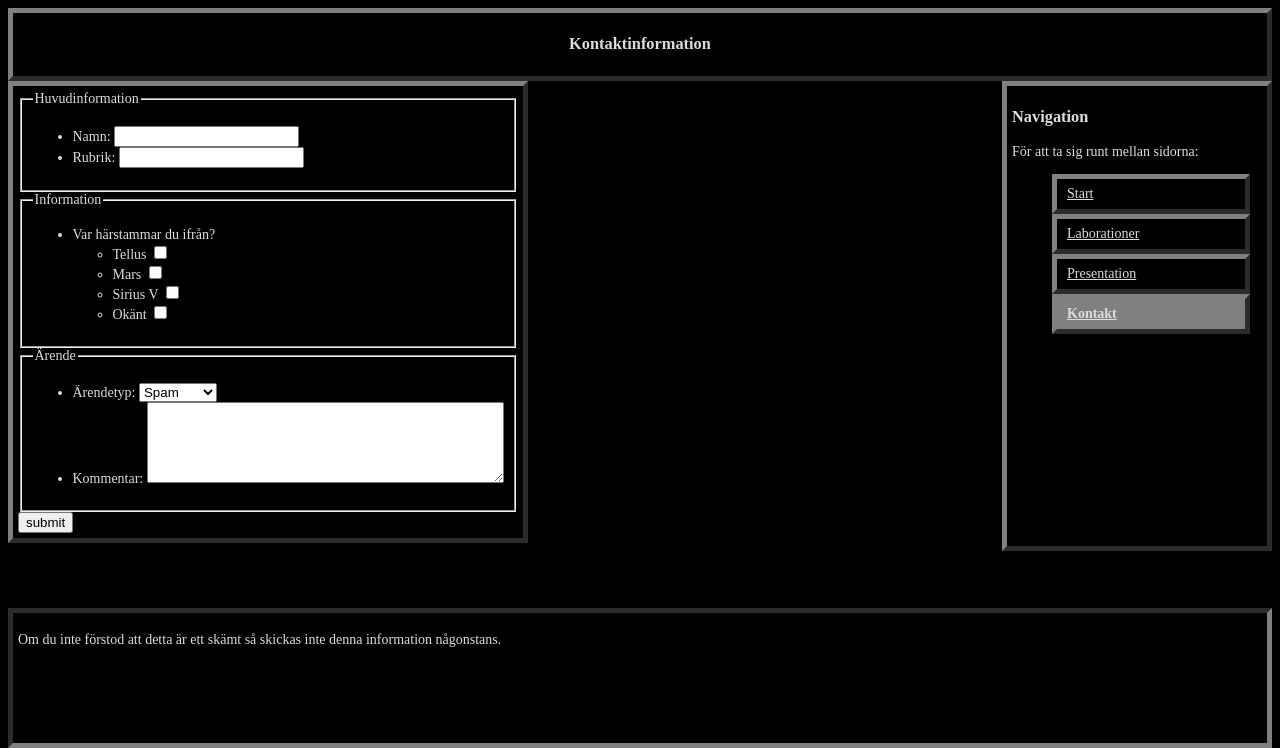
Repository: cg222im/1IK415_cg222im
Page: pages/kontakt.html
The author's editor kept a record of every edit. The page is drawn from the files as they stood at one moment, then again after the next edit.
The browser window is 1280 px wide. The pictures show the whole page.

Above is the page before.

After the next edit:
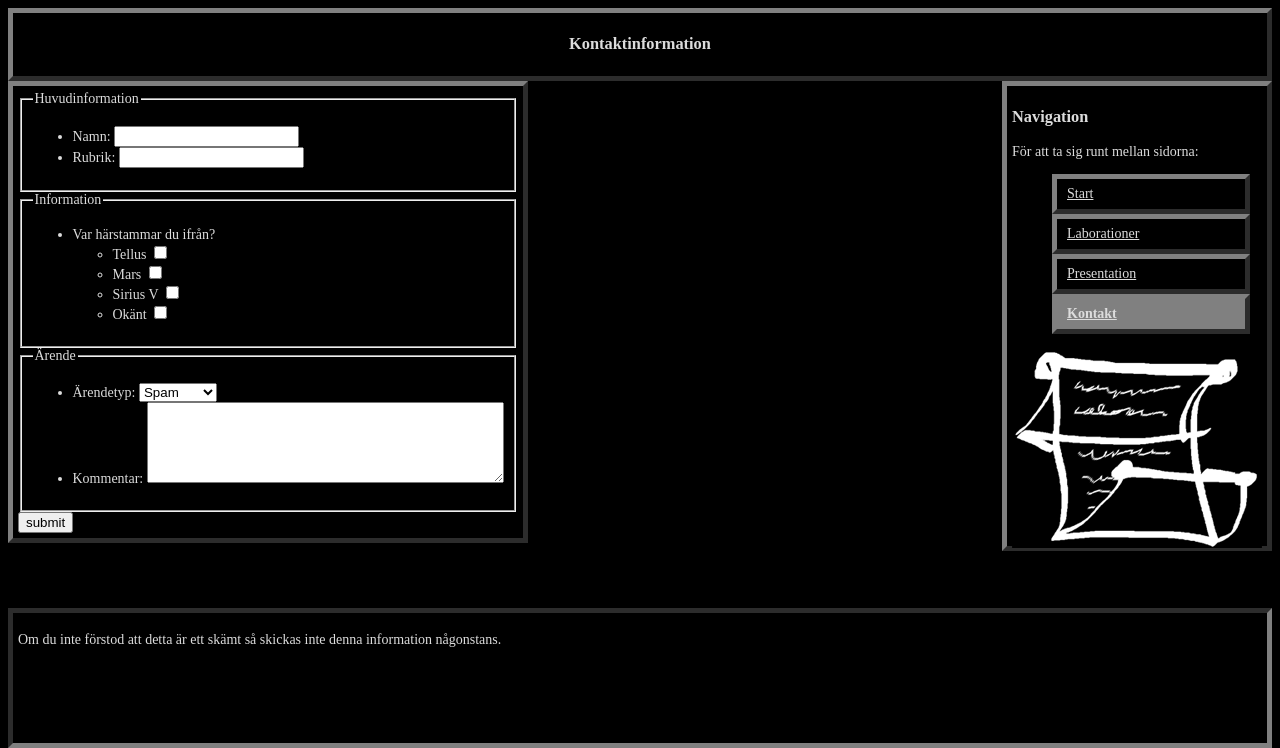
The edit:
--- a/pages/kontakt.html
+++ b/pages/kontakt.html
@@ -69,6 +69,7 @@
                 <li><a href="presentation.html">Presentation</a></li>
                 <li><a href="kontakt.html" id="active">Kontakt</a></li>
             </ul>
+            <div id="logo"></div>
         </div>
 
     </div>
